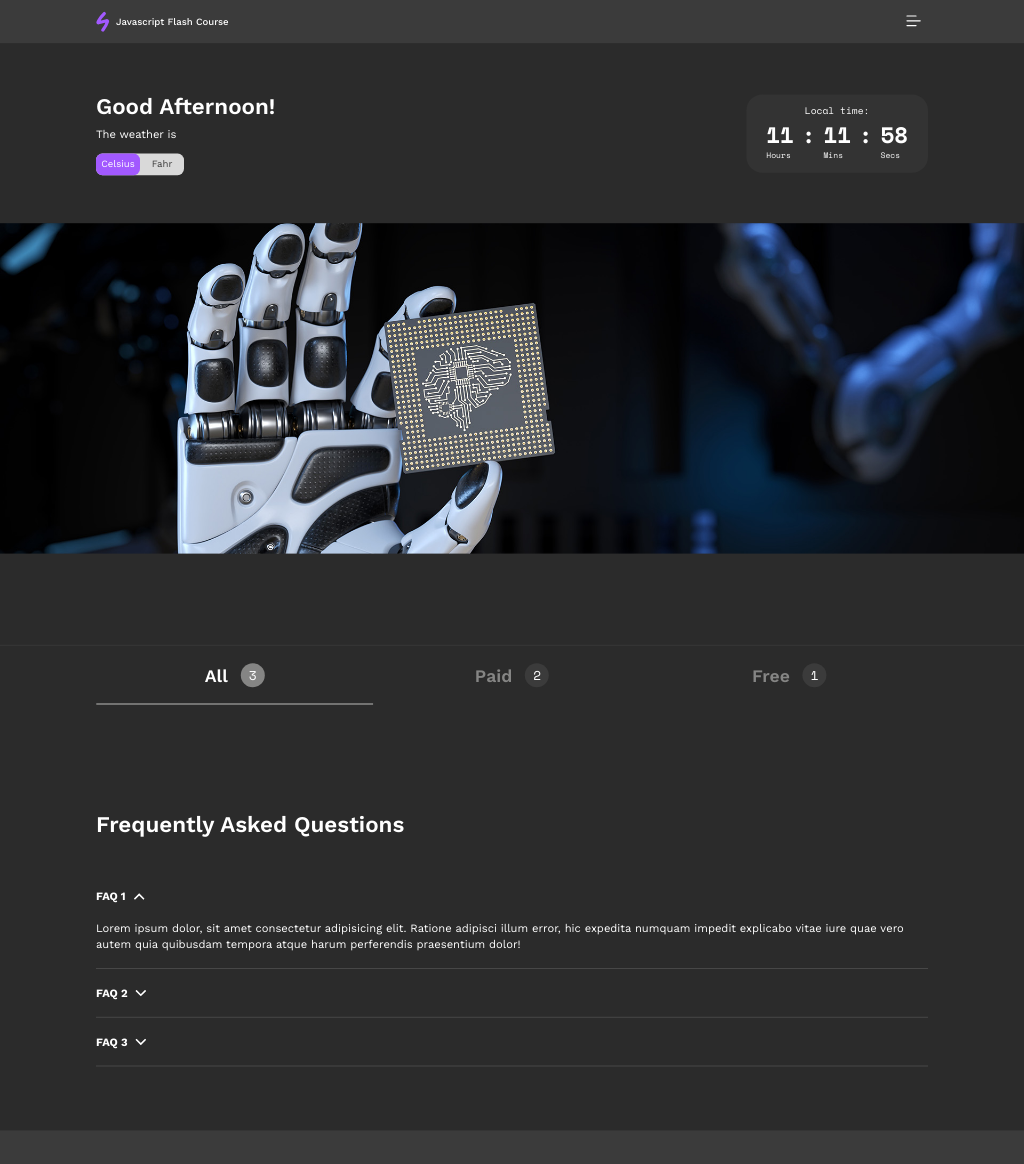
Repository: GettieSirma/JAVASCRIPT-TEST
Page: index.html
An editor plug-in stored every save of this project. The page is shown before and after the next save, followed by the edit.
The browser window is 1280 px wide. The pictures show the whole page, at 80% of full size.
The page's requests for data from a server got no answer.

Above is the page before, as saved 2024-04-24 11:45:12.

After the next save:
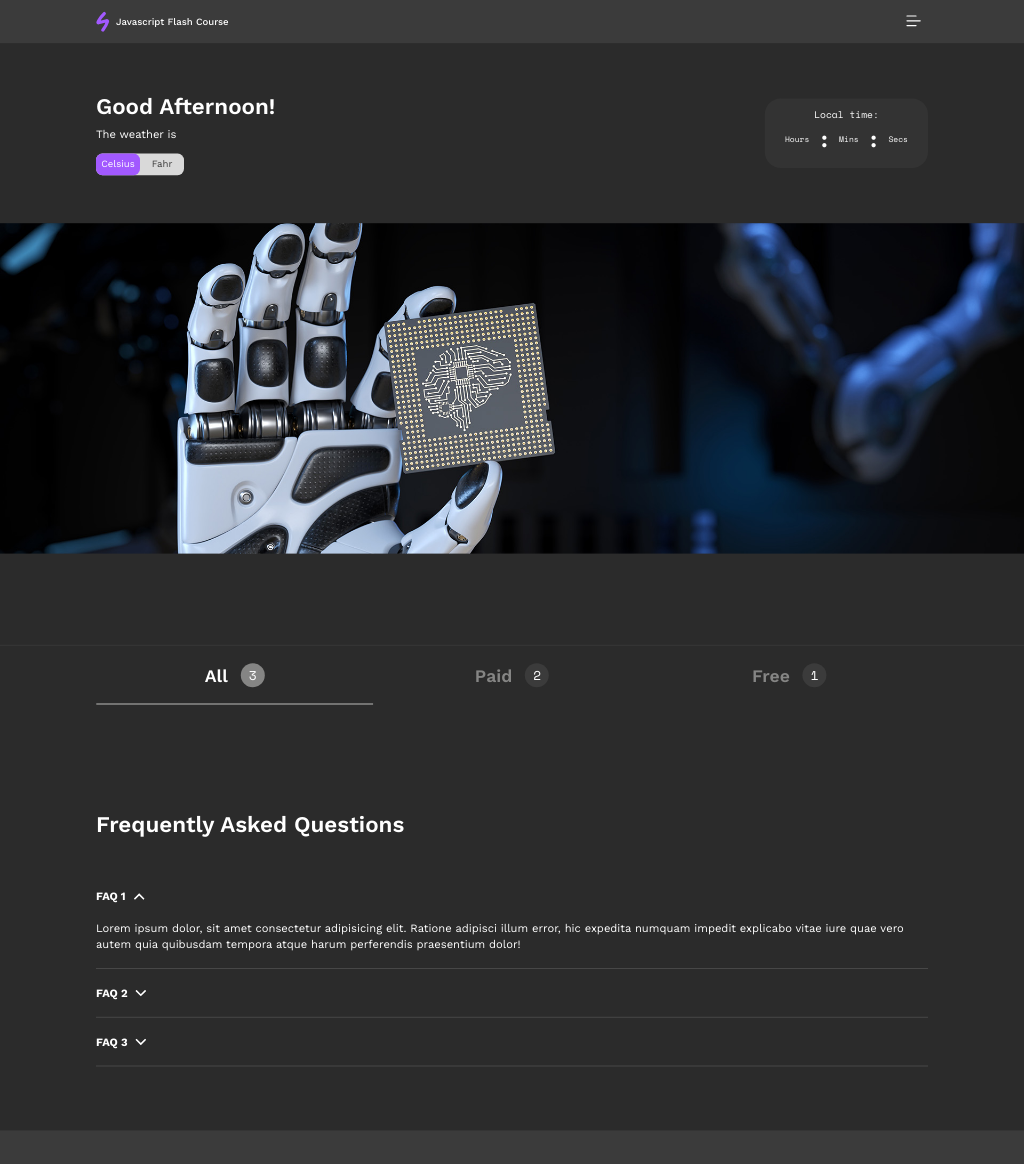
Console error: SyntaxError: Unexpected end of input
Saved 13 min 33 s later.
--- a/index.html
+++ b/index.html
@@ -256,14 +256,6 @@
 
                 // Display the weather information on your webpage
                 const weatherElement = document.getElementById('weather');
-                weatherElement.textContent = `Weather: ${description}, Temperature: ${temperature}°C`;
-            } catch (error) {
-                console.error('Error fetching weather data:', error);
-            }
-        }
-
-        // Call fetchWeather() function to get weather data when the page loads
-        fetchWeather();
     </script>
 
 </body>

After the save that followed:
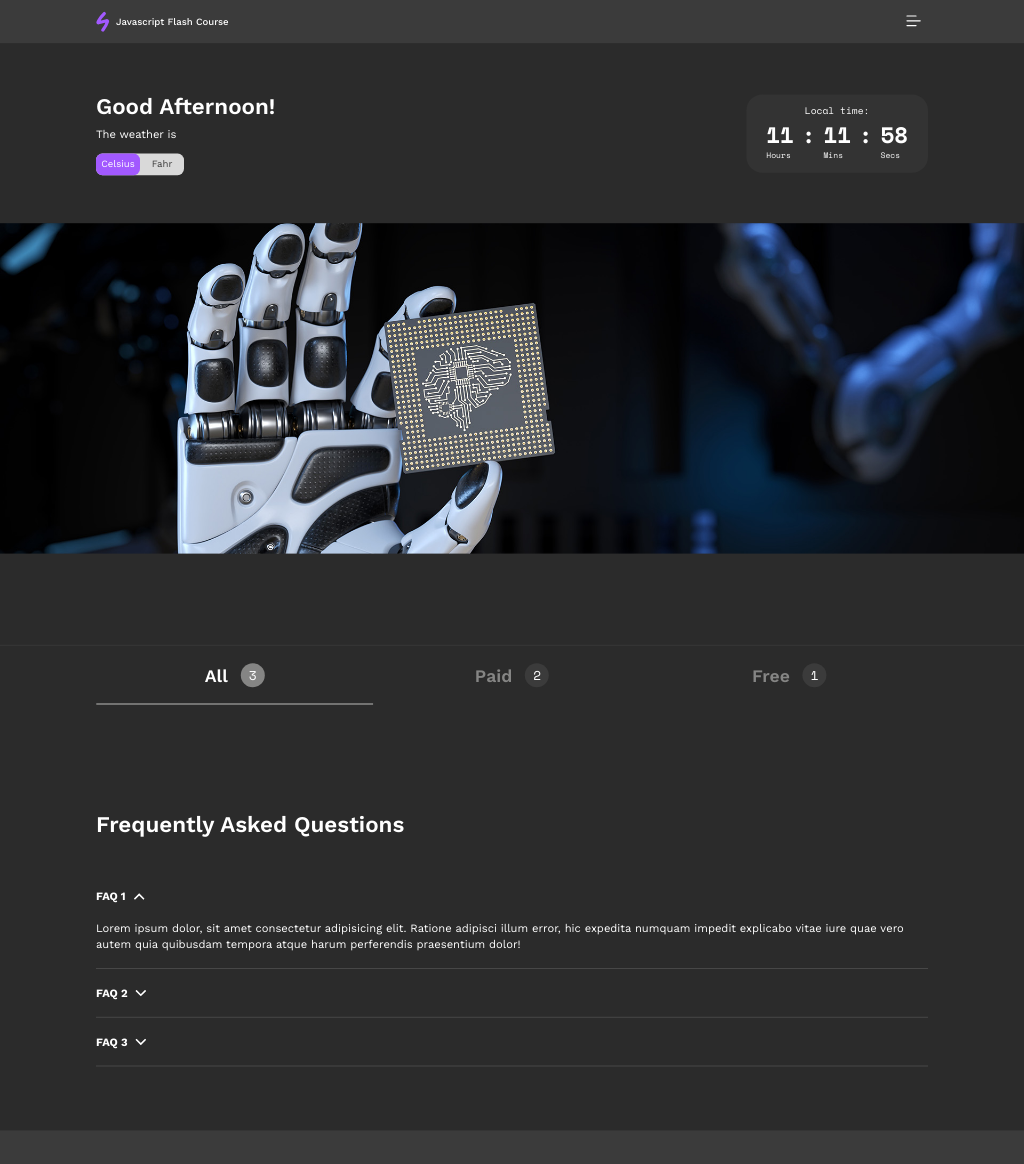
The error is gone.
Saved 8 s later.
--- a/index.html
+++ b/index.html
@@ -240,22 +240,6 @@
 
         // Update the clock every second
         setInterval(updateClock, 1000);
-        // Function to fetch weather data
-        async function fetchWeather() {
-            const apiKey = 'YOUR_API_KEY'; // Replace with your OpenWeatherMap API key
-            const city = 'New York'; // Replace with the city you want to get weather information for
-            const apiUrl = `https://api.openweathermap.org/data/2.5/weather?q=${city}&appid=${apiKey}&units=metric`; // Metric units for Celsius
-
-            try {
-                const response = await fetch(apiUrl);
-                const data = await response.json();
-
-                // Extract relevant weather information from the API response
-                const temperature = data.main.temp;
-                const description = data.weather[0].description;
-
-                // Display the weather information on your webpage
-                const weatherElement = document.getElementById('weather');
     </script>
 
 </body>
